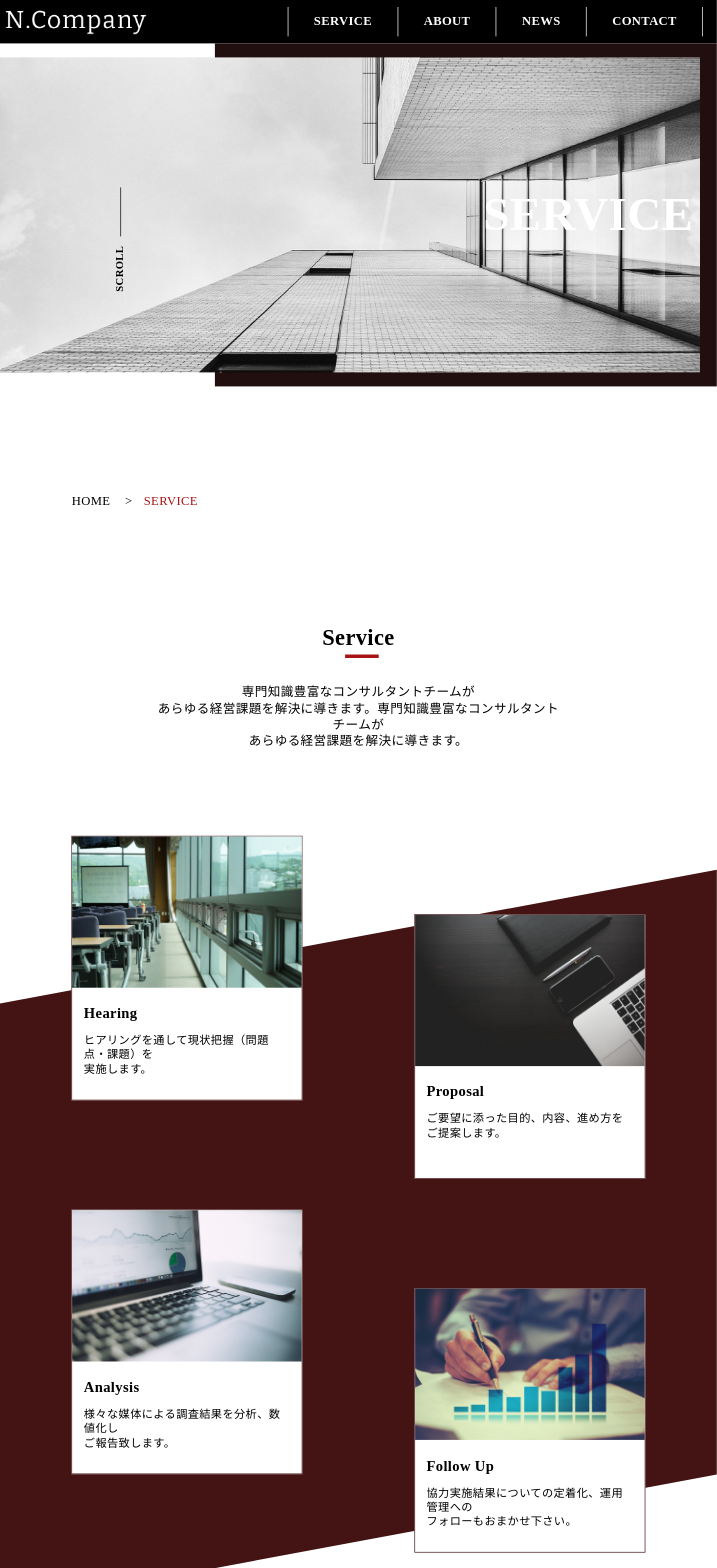
Repository: nozomi-23/hp2_test
Page: html/service.html
The author's editor kept a copy of each file at every save. The page is drawn from the files as they stood at one save, then again after a run of saves.
The browser window is 1024 px wide. The pictures show the part of the page from y = 0 to 2240 px (the page is 3182 px tall before and 3038 px after), at 70% of full size.
Some web fonts or font styles are not loaded; a fallback is used. Some web libraries are served in a nearby version.

Above is the page before, as saved 2022-06-26 22:47:42.

After the next 4 saves:
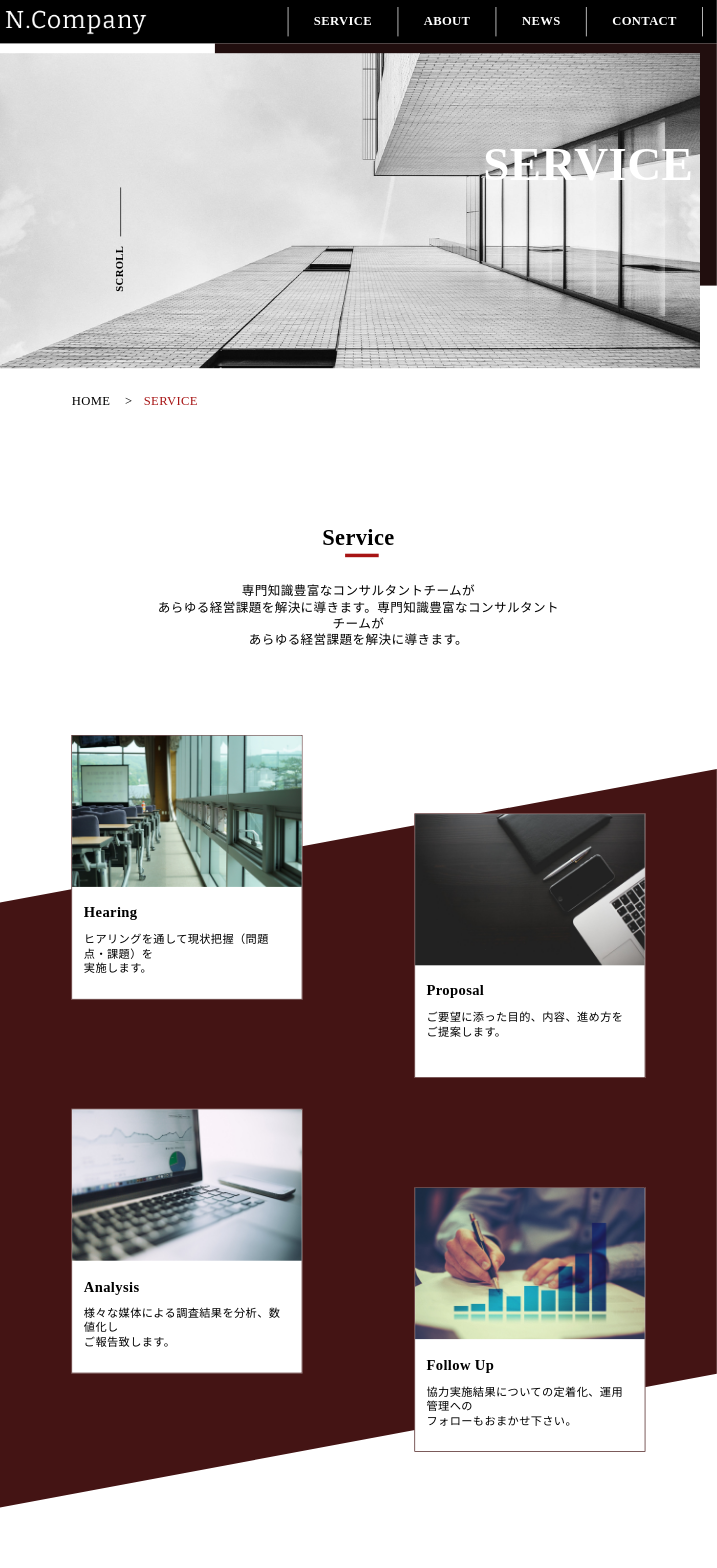
The 4 saves are shown as one change because they came seconds apart.
The last was saved 33 s later.
--- a/css/service.css
+++ b/css/service.css
@@ -99,4 +99,8 @@ service_contact
   .fv_txt_wrapper_2 {
     height: 48vh;
   }
+
+  .fv_ttl_wrapper {
+    height: 48vh;
+  }
 }
